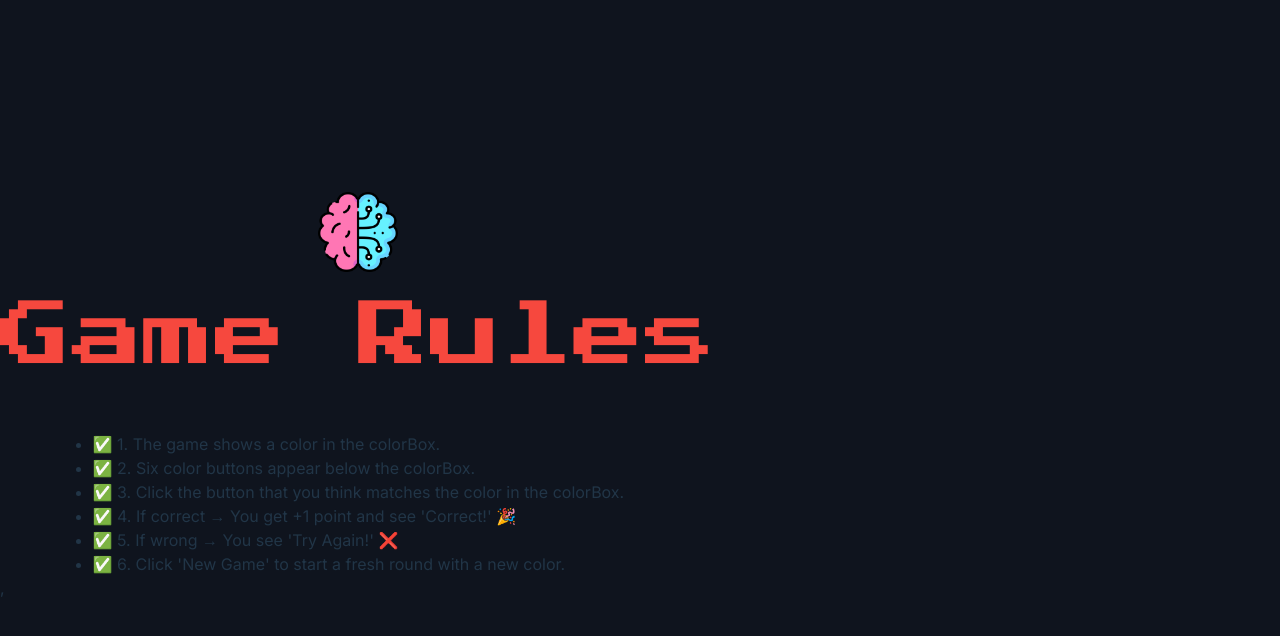
Repository: Shenixo/Color_match_game
Page: /rules
These files come from the project's save history. The page is drawn as it stood at one moment and after a run of saves; the edit follows.
The browser window is 1280 px wide. The pictures show the whole page.
The project was rebuilt for these pictures with package versions that can differ from the ones it lists, and the page was loaded fresh each time. Also part of the build but not shown: vite.config.js, src/Components/Tab/Tab.css, src/Components/Tab/Tab.jsx, src/Pages/Home/Home.jsx.

Above is the page before, as saved 2025-02-03 06:12:03.

After the next 4 saves:
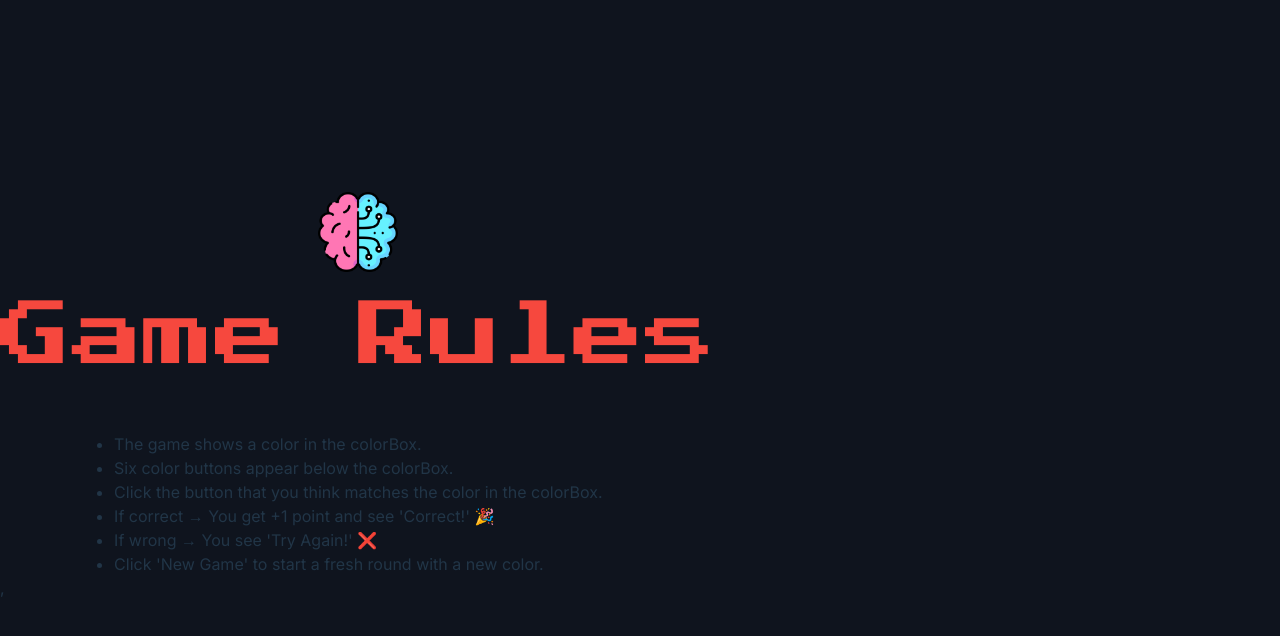
The 4 saves are shown as one change because they came seconds apart.
The last was saved 34 s later.
--- a/src/Pages/Rules/Rules.jsx
+++ b/src/Pages/Rules/Rules.jsx
@@ -18,10 +18,10 @@
 
 export default Rules;
 const gameRules = [
-  "✅ 1. The game shows a color in the colorBox.",
-  "✅ 2. Six color buttons appear below the colorBox.",
-  "✅ 3. Click the button that you think matches the color in the colorBox.",
-  "✅ 4. If correct → You get +1 point and see 'Correct!' 🎉",
-  "✅ 5. If wrong → You see 'Try Again!' ❌",
-  "✅ 6. Click 'New Game' to start a fresh round with a new color.",
+  "The game shows a color in the colorBox.",
+  "Six color buttons appear below the colorBox.",
+  "Click the button that you think matches the color in the colorBox.",
+  "If correct → You get +1 point and see 'Correct!' 🎉",
+  "If wrong → You see 'Try Again!' ❌",
+  "Click 'New Game' to start a fresh round with a new color.",
 ];
